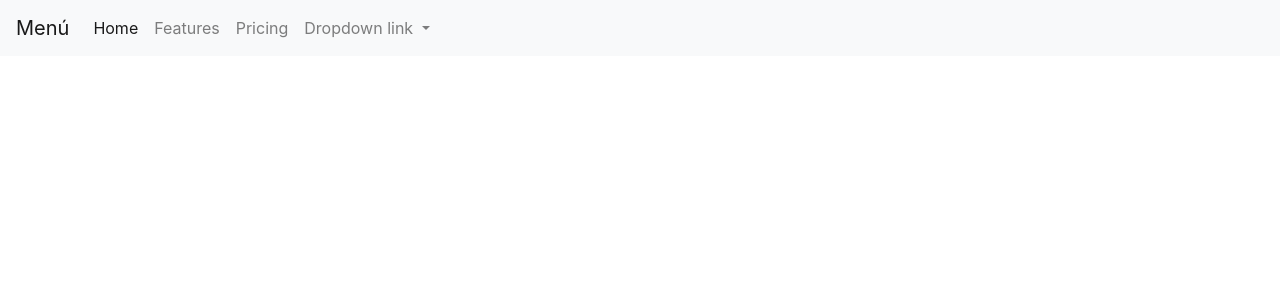
Repository: Hrotgarion1/jose
Page: index.html
The author's editor kept a copy of each file at every save. The page is drawn from the files as they stood at one save, then again after the next save.
The browser window is 1280 px wide. The pictures show the whole page.

Above is the page before, as saved 2020-09-29 14:59:09.

### index.html
<!DOCTYPE html>
<html lang="en">
<head>
    <meta charset="UTF-8">
    <meta name="viewport" content="width=device-width, user-scalable=no, initial-scale=1.0, maximum-scale=1.0, minimum-scale=1.0">
    <title>josenunez.eu</title>
    <meta name="jose p nunez" content="">
    <link rel="stylesheet" href="css/bootstrap.min.css">
    <!-- Favicon -->
    <link rel="shortcut icon" href="img/LogoPuntaDeLanza.png">
</head>
<body>

    <nav class="navbar navbar-expand-lg navbar-light bg-light">
        <a class="navbar-brand" href="#">Menú</a>
        <button class="navbar-toggler" type="button" data-toggle="collapse" data-target="#navbarNavDropdown" aria-controls="navbarNavDropdown" aria-expanded="false" aria-label="Toggle navigation">
          <span class="navbar-toggler-icon"></span>
        </button>

        <div class="collapse navbar-collapse" id="navbarNavDropdown">
          <ul class="navbar-nav">
            <li class="nav-item active">
              <a class="nav-link" href="#">Home <span class="sr-only">(current)</span></a>
            </li>
            <li class="nav-item">
              <a class="nav-link" href="#">Features</a>
            </li>
            <li class="nav-item">
              <a class="nav-link" href="#">Pricing</a>
            </li>
            <li class="nav-item dropdown">
              <a class="nav-link dropdown-toggle" href="#" id="navbarDropdownMenuLink" role="button" data-toggle="dropdown" aria-haspopup="true" aria-expanded="false">
                Dropdown link
              </a>
              <div class="dropdown-menu" aria-labelledby="navbarDropdownMenuLink">
                <a class="dropdown-item" href="#">Action</a>
                <a class="dropdown-item" href="#">Another action</a>
                <a class="dropdown-item" href="#">Something else here</a>
              </div>
            </li>
          </ul>
        </div>
      </nav>

    <script src="js/jquery-3.5.1.min.js"></script>
    <script src="js/bootstrap.min.js"></script>



</body>
</html>

Loaded but not shown: css/bootstrap.min.css (library); js/jquery-3.5.1.min.js (library); js/bootstrap.min.js (library)

After the next save:
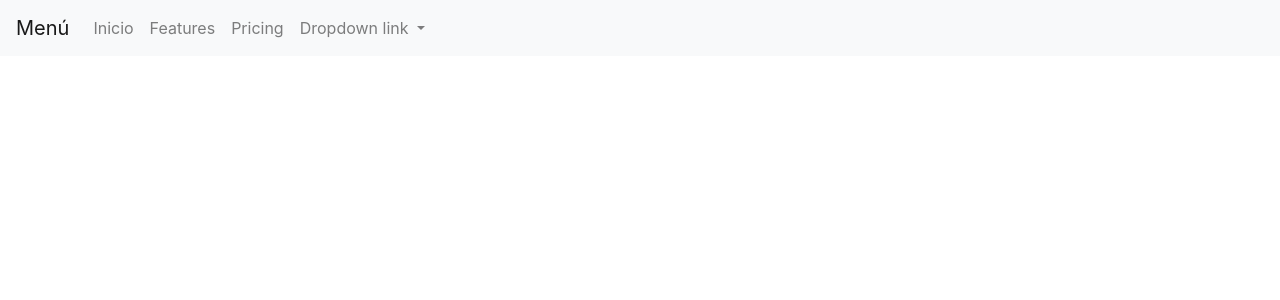
Saved 3 min 32 s later.
--- a/index.html
+++ b/index.html
@@ -10,7 +10,7 @@
     <link rel="shortcut icon" href="img/LogoPuntaDeLanza.png">
 </head>
 <body>
-
+    <!--Navegador responsive de la web-->
     <nav class="navbar navbar-expand-lg navbar-light bg-light">
         <a class="navbar-brand" href="#">Menú</a>
         <button class="navbar-toggler" type="button" data-toggle="collapse" data-target="#navbarNavDropdown" aria-controls="navbarNavDropdown" aria-expanded="false" aria-label="Toggle navigation">
@@ -19,8 +19,8 @@
 
         <div class="collapse navbar-collapse" id="navbarNavDropdown">
           <ul class="navbar-nav">
-            <li class="nav-item active">
-              <a class="nav-link" href="#">Home <span class="sr-only">(current)</span></a>
+            <li class="nav-item">
+              <a class="nav-link" href="#">Inicio <span class="sr-only">(current)</span></a>
             </li>
             <li class="nav-item">
               <a class="nav-link" href="#">Features</a>
@@ -42,6 +42,8 @@
         </div>
       </nav>
 
+      <!--Imagen principal-->
+
     <script src="js/jquery-3.5.1.min.js"></script>
     <script src="js/bootstrap.min.js"></script>
 
